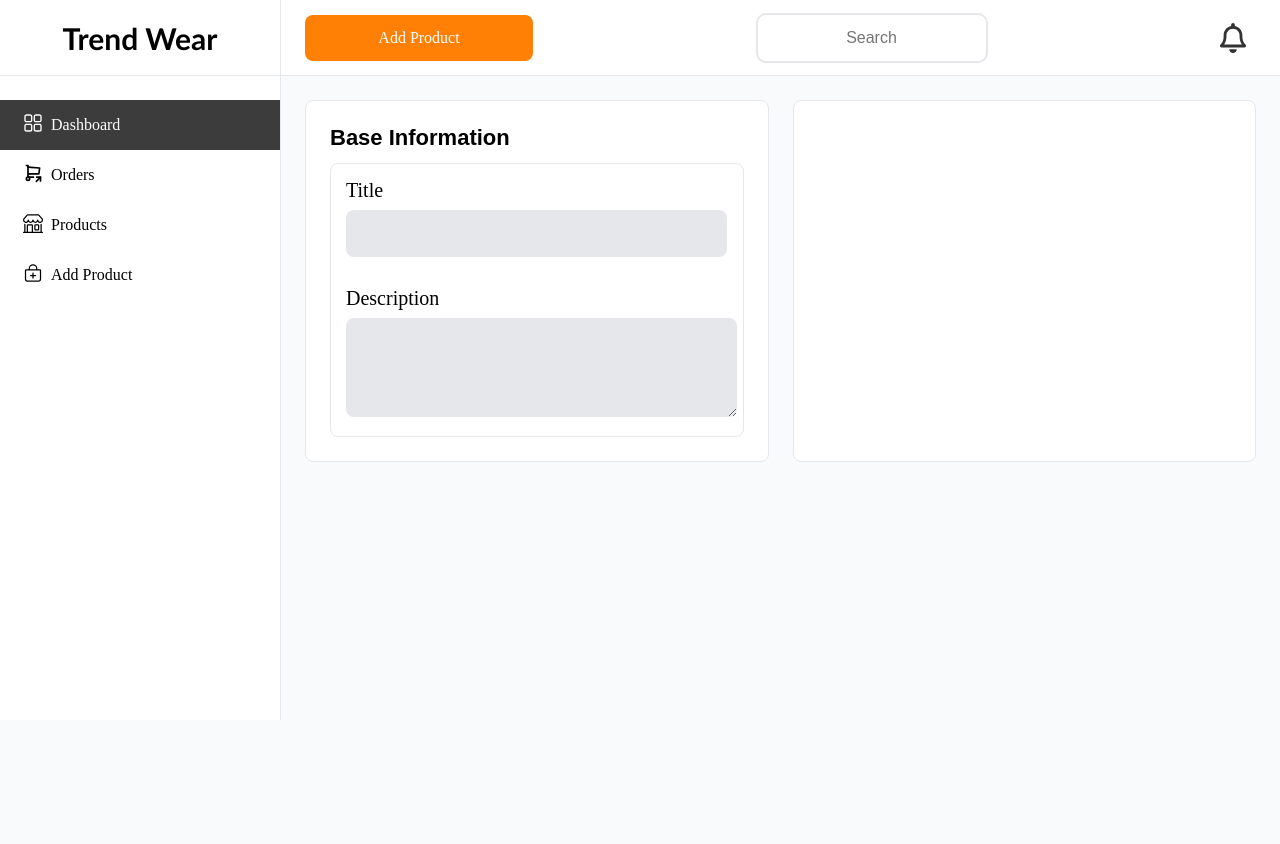
Repository: ahmad-dev7/TrendWear
Page: / (app in trend_wear_dashboard/)
These files come from the project's save history. The page is drawn as it stood at one moment and after the next save; the edit follows.
The browser window is 1280 px wide. The pictures show the whole page.
The project was rebuilt for these pictures with package versions that can differ from the ones it lists, and the page was loaded fresh each time. Also part of the build but not shown: trend_wear_dashboard/vite.config.ts.

Above is the page before, as saved 2025-01-20 02:57:28.

After the next save:
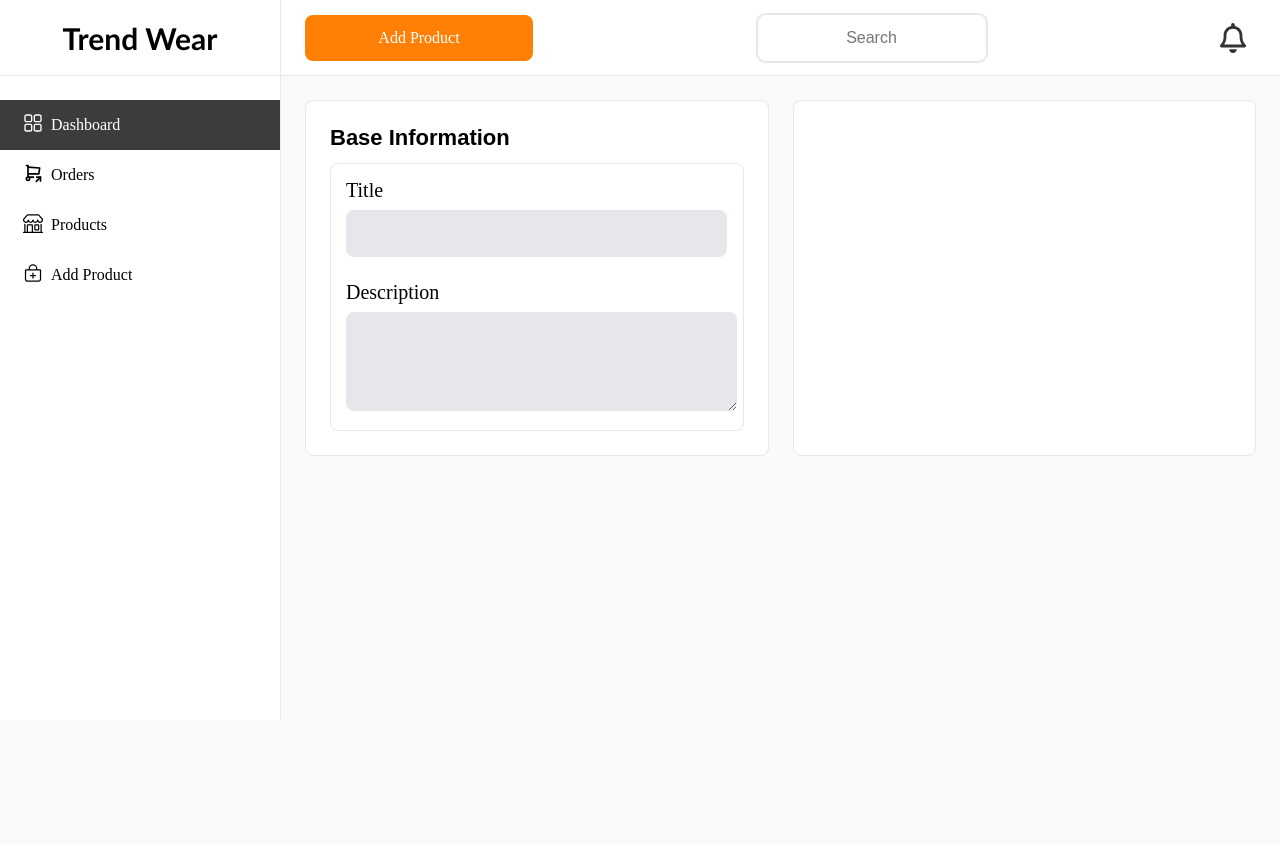
Saved 15 s later.
--- a/trend_wear_dashboard/src/Components/AddProduct/ProductDetails.tsx
+++ b/trend_wear_dashboard/src/Components/AddProduct/ProductDetails.tsx
@@ -9,7 +9,7 @@ const ProductDetails = () => {
       <div className="container">
         <p className="title">Title</p>
         <input className="title-input" type="text" />
-        <Spacer height="30px" />
+        <Spacer height="24px" />
         <p className="description">Description</p>
         <textarea className="description-input" />
       </div>
